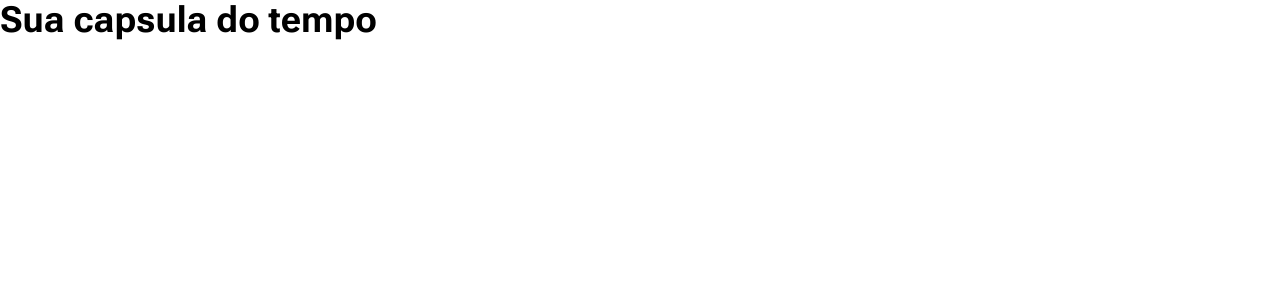
Repository: viniimartins/NLWSpacetime
Page: /
An editor plug-in stored every save of this project. The page is shown before and after a run of saves, followed by the edit.
The browser window is 1280 px wide. The pictures show the whole page.
Some web fonts or font styles are not loaded; a fallback is used. The project was rebuilt for these pictures with package versions that can differ from the ones it lists, and the page was loaded fresh each time. The framework's server and built-in components were replaced by stand-ins that run in the browser. Also part of the build but not shown: next.config.js.

Above is the page before, as saved 2023-05-17 15:35:56.

After the next 2 saves:
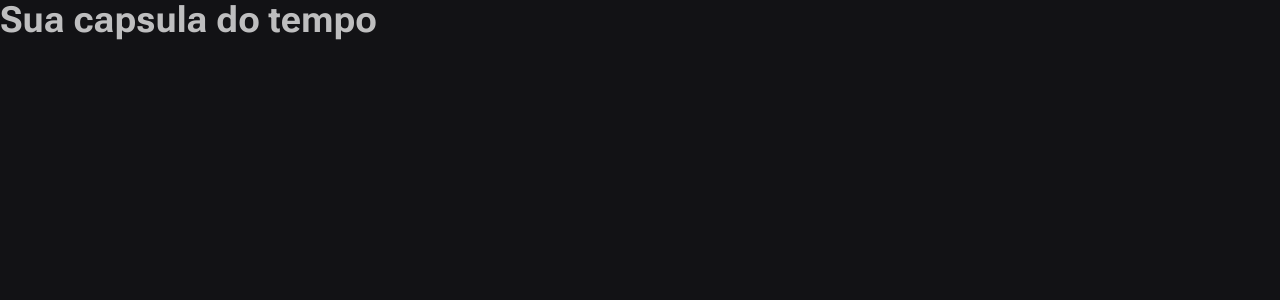
The 2 saves are shown as one change because they came seconds apart.
The last was saved 16 s later.
--- a/src/app/layout.tsx
+++ b/src/app/layout.tsx
@@ -14,7 +14,8 @@ const baiJamjuree = BaiJamjuree({
 
 export const metadata = {
   title: "NLW Spacetime",
-  description: "Uma cápsula do tempo contruido com REact, Next.js, TailwindCSS e TypeScript",
+  description:
+    "Uma cápsula do tempo contruido com REact, Next.js, TailwindCSS e TypeScript",
 };
 
 export default function RootLayout({
@@ -24,7 +25,9 @@ export default function RootLayout({
 }) {
   return (
     <html lang="en">
-      <body className={`${roboto.variable}  ${baiJamjuree.variable} font-sans bg-ftext-gray-100`}>
+      <body
+        className={`${roboto.variable}  ${baiJamjuree.variable} bg-gray-900 font-sans text-gray-100`}
+      >
         {children}
       </body>
     </html>
